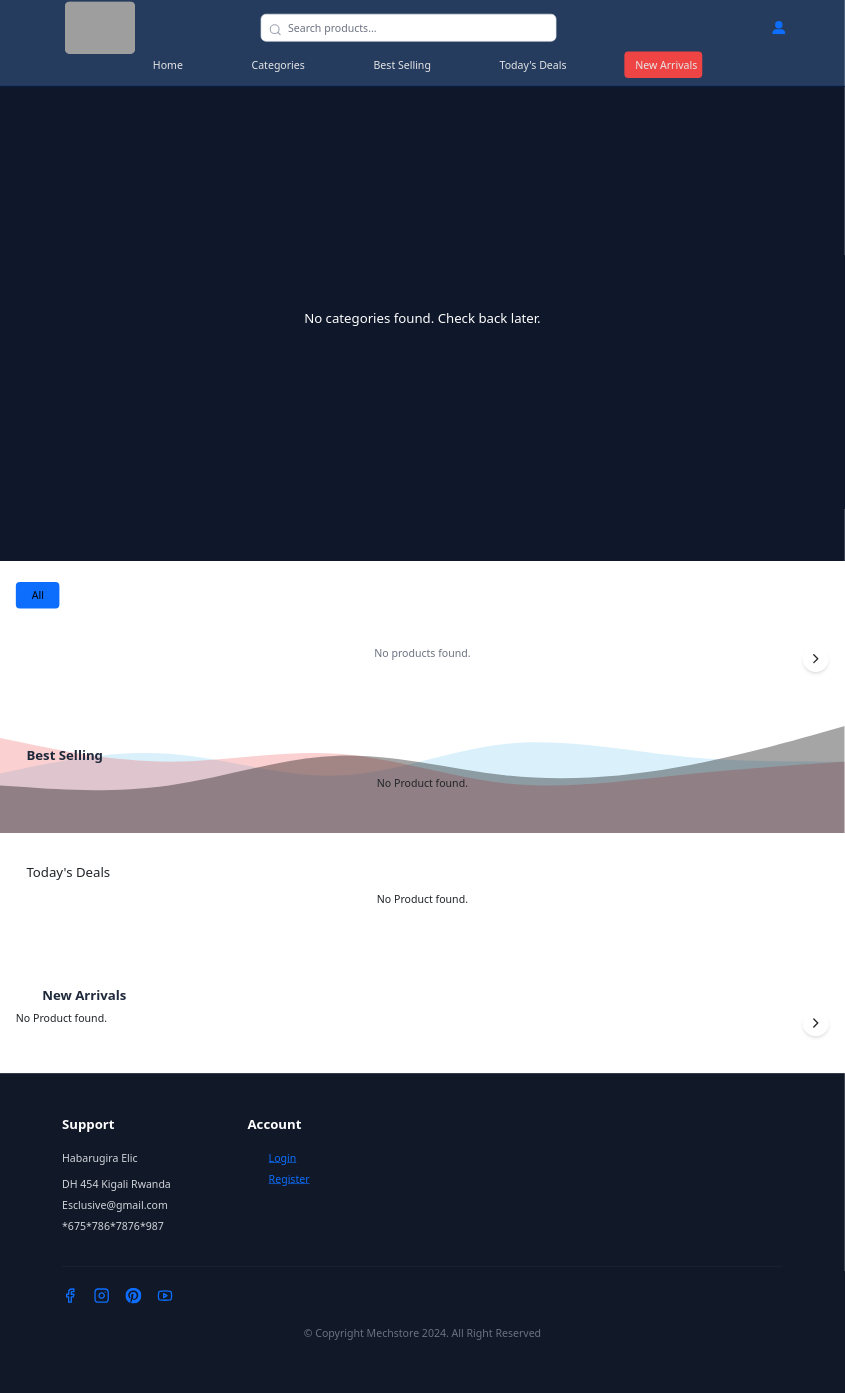
Repository: magicdeveloper250/future
Page: / (app in frontend/)
These files come from the project's save history. The page is drawn as it stood at one moment and after the next save; the edit follows.
The browser window is 1280 px wide. The pictures show the whole page, at 66% of full size.
Pictures or frames that could not be fetched are drawn as grey boxes. The page's requests for data from a server got no answer. The project was rebuilt for these pictures with package versions that can differ from the ones it lists, and the page was loaded fresh each time. No one was signed in, and anything a server would have sent is missing. Also part of the build but not shown: frontend/vite.config.js, frontend/src/hooks/useUser.js, frontend/src/components/Sidebar.jsx, frontend/src/components/Header.jsx, frontend/src/pages/DashboardPage.jsx, frontend/src/pages/ProductPage.jsx, frontend/src/components/ProductT.jsx, frontend/src/components/Card.jsx and 18 more.

Above is the page before, as saved 2025-03-26 15:31:50.

After the next save:
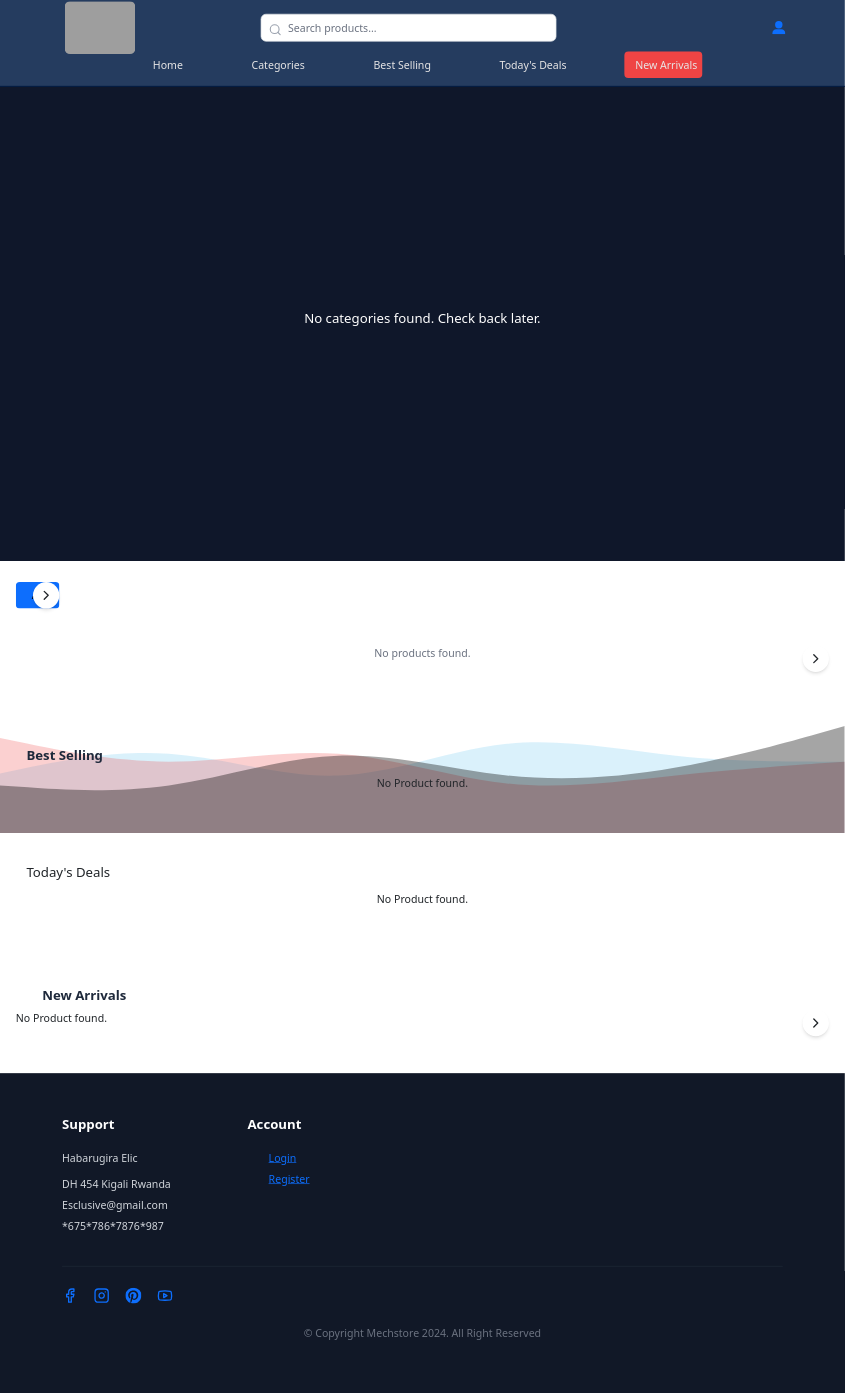
Saved 2 min 16 s later.
--- a/frontend/src/components/Categories/Categories.jsx
+++ b/frontend/src/components/Categories/Categories.jsx
@@ -71,19 +71,58 @@
     <div className="w-full px-4 py-8">
       <div className="flex flex-wrap gap-1 items-center justify-between mb-6">
         <div className="flex flex-wrap gap-2">
-          {categoryTypes.map((type) => (
-            <button
-              key={type}
-              onClick={() => setSelectedFilter(type)}
-              className={`px-4 py-2 rounded-md transition-colors ${
-                selectedFilter === type
-                  ? "bg-primary text-black"
-                  : "bg-gray-100 hover:bg-gray-200 text-gray-800"
-              }`}
-            >
-              {type}
-            </button>
-          ))}
+        <div className="relative">
+        <button
+          onClick={() => scroll('left')}
+          className={`absolute left-0 top-1/2 -translate-y-1/2 z-10 p-2 rounded-full bg-white shadow-md hover:bg-gray-100 transition-opacity ${
+            scrollPosition > 0 ? "opacity-100" : "opacity-0"
+          }`}
+          disabled={scrollPosition <= 0}
+        >
+          <ChevronLeft className="w-6 h-6" />
+        </button>
+
+        <div
+          ref={containerRef}
+          className="flex gap-1 overflow-x-auto scroll-smooth no-scrollbar"
+          style={{
+            scrollSnapType: "x mandatory",
+            scrollBehavior: "smooth",
+            WebkitOverflowScrolling: "touch",
+          }}
+        >
+          {categoryTypes.length > 0 ? (
+             categoryTypes.map((type) => (
+              <button
+                key={type}
+                onClick={() => setSelectedFilter(type)}
+                className={`px-4 py-2 rounded-md transition-colors ${
+                  selectedFilter === type
+                    ? "bg-primary text-black"
+                    : "bg-gray-100 hover:bg-gray-200 text-gray-800"
+                }`}
+              >
+                {type}
+              </button>
+            ))
+          ) : (
+            <p className="text-gray-500 text-center w-full py-8">
+              No products found.
+            </p>
+          )}
+        </div>
+
+        <button
+          onClick={() => scroll('right')}
+          className={`absolute right-0 top-1/2 -translate-y-1/2 z-10 p-2 rounded-full bg-white shadow-md hover:bg-gray-100 transition-opacity ${
+            !hideRight ? "opacity-100" : "opacity-0"
+          }`}
+          disabled={hideRight}
+        >
+          <ChevronRight className="w-6 h-6" />
+        </button>
+      </div>
+
         </div>
       </div>
 
